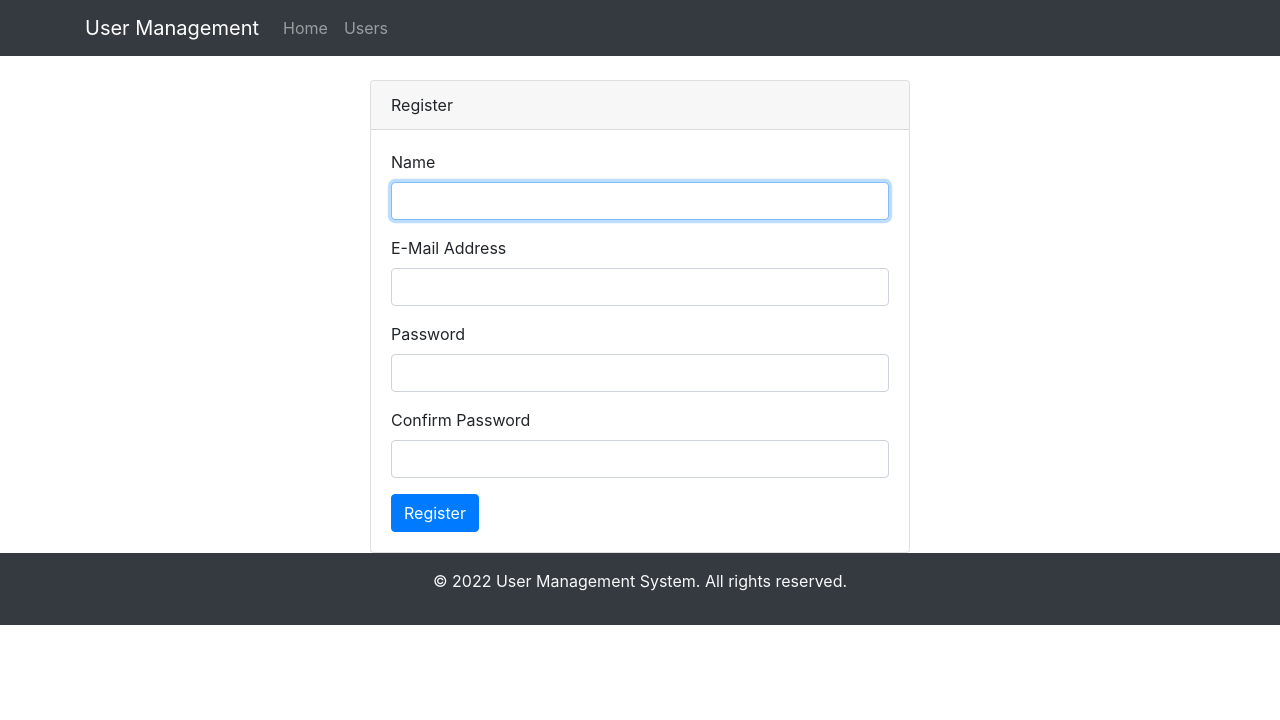
Repository: Tauqeer124/usermanagemet
Page: http://localhost/register
The author's editor kept a copy of each file at every save. The page is drawn from the files as they stood at one save, then again after the next save.
The browser window is 1280 px wide. The pictures show the whole page.
The page is served by the project's Laravel application, run on PHP 8.4 with Laravel 8.

Above is the page before, as saved 2023-07-24 11:14:36.

After the next save:
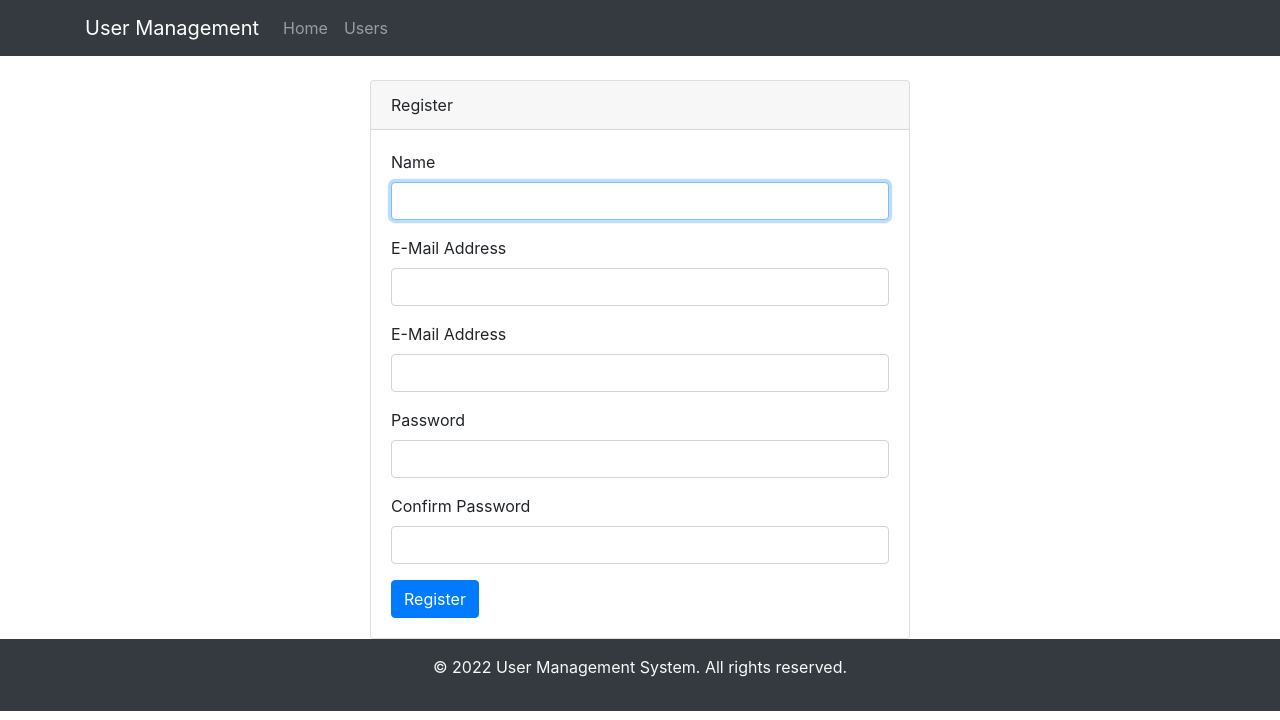
Saved 79 s later.
--- a/resources/views/auth/register.blade.php
+++ b/resources/views/auth/register.blade.php
@@ -21,6 +21,14 @@
                         </div>
 
                         <div class="form-group">
+                            <label for="email">{{ __('E-Mail Address') }}</label>
+                            <input id="email" type="email" class="form-control @error('email') is-invalid @enderror" name="email" value="{{ old('email') }}" required autocomplete="email">
+                            @error('email')
+                                <span class="invalid-feedback" role="alert">
+                                    <strong>{{ $message }}</strong>
+                                </span>
+                            @enderror
+                        </div><div class="form-group">
                             <label for="email">{{ __('E-Mail Address') }}</label>
                             <input id="email" type="email" class="form-control @error('email') is-invalid @enderror" name="email" value="{{ old('email') }}" required autocomplete="email">
                             @error('email')
